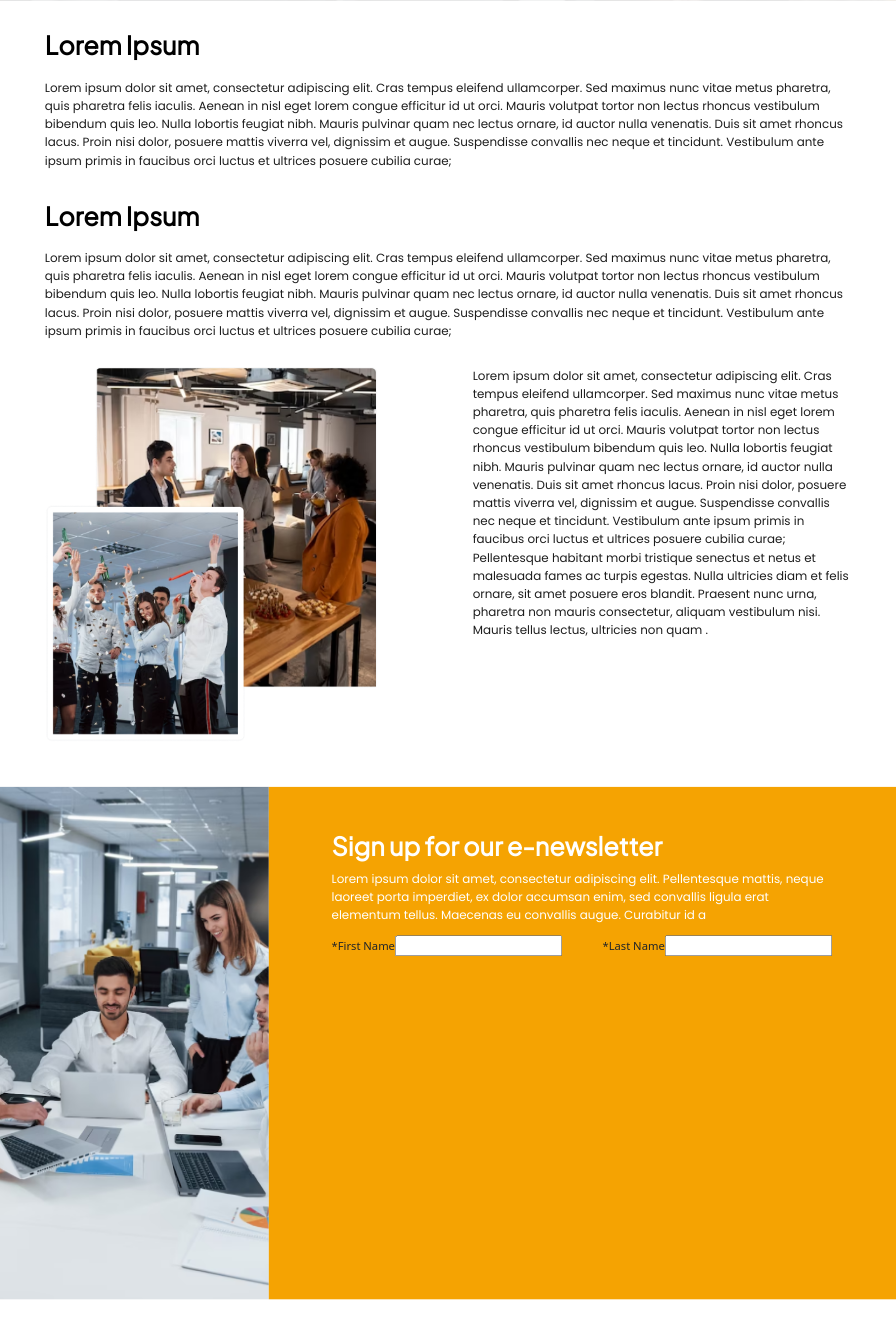
Repository: Akash8377/Hospitality-website
Page: /about-us
An editor plug-in stored every save of this project. The page is shown before and after a run of saves, followed by the edit.
The browser window is 1280 px wide. The pictures show the part of the page from y = 683 to 2603 px (the page is 2603 px tall), at 70% of full size.
Some web libraries are served in a nearby version. The project was rebuilt for these pictures with package versions that can differ from the ones it lists, and the page was loaded fresh each time. Also part of the build but not shown: src/Component/Partial/heading-cont.js, src/Component/Shared/about-us.js, src/Component/Shared/Banner.js, src/Component/Shared/popular-jobs.js, src/Component/Sliders/ServiceSlider.js, src/Component/Sliders/ReviewSlider.js, src/Component/Partial/index-banner.js, src/Component/Partial/index-buisness-banner.js and 2 more.

Above is the page before, as saved 2023-07-07 12:09:12.

### public/index.html
<!-- @format -->

<!DOCTYPE html>
<html lang="en">
  <head>
    <meta charset="utf-8" />
    <link rel="icon" href="%PUBLIC_URL%/favicon.ico" />
    <meta name="viewport" content="width=device-width, initial-scale=1" />
    <meta name="theme-color" content="#000000" />
    <meta
      name="description"
      content="Web site created using create-react-app"
    />
    <link rel="apple-touch-icon" href="%PUBLIC_URL%/logo192.png" />
    <link rel="manifest" href="%PUBLIC_URL%/manifest.json" />

    <link rel="preconnect" href="https://fonts.googleapis.com" />
    <link rel="preconnect" href="https://fonts.gstatic.com" crossorigin />
    <link href="https://fonts.googleapis.com/css2?family=Plus+Jakarta+Sans&family=Poppins&display=swap" rel="stylesheet">
    <title>React App</title>
  </head>
  <body>
    <noscript>You need to enable JavaScript to run this app.</noscript>
    <div id="root"></div>
  </body>
  <script src="https://kit.fontawesome.com/b533b351e4.js" crossorigin="anonymous"></script>
</html>

### src/index.css
/** @format */

body {
  margin: 0;
  padding: 0;
  font-family: -apple-system, BlinkMacSystemFont, "Segoe UI", "Roboto", "Oxygen",
    "Ubuntu", "Cantarell", "Fira Sans", "Droid Sans", "Helvetica Neue",
    sans-serif;
  -webkit-font-smoothing: antialiased;
  -moz-osx-font-smoothing: grayscale;
}

code {
  font-family: source-code-pro, Menlo, Monaco, Consolas, "Courier New",
    monospace;
}

### src/App.js
import React from 'react'
import {  BrowserRouter  , Route , Routes } from 'react-router-dom'
import HomePage from './Pages/HomePage'



// Css
import './Css/Navbar.css'
import './Css/Lap.css'
import AboutUs from './Pages/AboutUs'
const App = () => {
  return (
    <>
      <BrowserRouter>
        <Routes>
            <Route path='/' element={<HomePage />} />
            <Route path='/about-us' element={<AboutUs />} />
        </Routes>
      </BrowserRouter>
    </>
  )
}

export default App

### src/Css/Navbar.css
/** @format */

.Navbar {
  display: flex;
  justify-content: space-evenly;
  box-shadow: 0px 10px 30px 0px rgba(0, 0, 0, 0.25);
  background-color: #033c59;
  padding: 20px;
  align-items: center;
}
.Navbar .main {
  width: 15%;
  text-align: center;
}
.Navbar .main a {
  text-decoration: none;
  color: #fff;
  font-size: 20px;
  font-family: Plus Jakarta Sans;
  font-style: normal;
  font-weight: 400;
  line-height: 24px;
  letter-spacing: 1px;
  margin: 0;
}

.Navbar .main img {
  display: block;
  margin: auto;
  max-width: 100%;
}
.Navbar .main div {
  border-radius: 24px;
  border: 1px solid #f3f4f6;
  background: #eee;
  padding: 8px;
  display: flex;
  justify-content: space-between;
  padding-left: 10px;
  padding-right: 10px;
}
.Navbar .main div input {
  border: none;
  background-color: transparent;
  outline: none;
  color: #6b7280;
  font-size: 14px;
  font-family: Plus Jakarta Sans;
  font-style: normal;
  font-weight: 400;
  line-height: normal;
  width: 80%;
}
.Navbar .main button {
  border-radius: 8px;
  background: #f5a302;
  width: 120px;
  padding: 10px;
  color: #fff;
  text-align: center;
  font-size: 16px;
  font-family: Plus Jakarta Sans;
  font-style: normal;
  font-weight: 800;
  line-height: normal;
  outline: none;
  border: 1px solid #f5a302;
}

.Navbar .main a:focus{
    font-weight: 700;
}

### src/Css/Lap.css
/** @format */

/* Home Page Banner */
.Banner {
  min-height: 600px;
  max-height: 800px;
  width: 100%;
  background-image: url("../../public/Image/1.png");
  background-size: cover;
  background-repeat: no-repeat;
  position: relative;
}
.Banner h2 {
  color: #fff;
  text-align: center;
  font-size: 60px;
  font-family: Plus Jakarta Sans;
  font-style: normal;
  font-weight: 700;
  line-height: 90px;
}
.Banner p {
  color: rgba(255, 255, 255, 0.7);
  text-align: center;
  font-size: 17px;
  font-family: Plus Jakarta Sans;
  font-style: normal;
  font-weight: 400;
  line-height: 28px;
}

.Banner .two_button {
  display: flex;
  justify-content: center;
  gap: 20px;
}
.Banner .two_button button {
  border-radius: 10px;
  background: #033c59;
  border: 1px solid #033c59;
  box-shadow: 0px 0px 3px 0px rgba(60, 72, 88, 0.15);
  width: 457px;
  color: #fff;
  height: 92px;
  color: #fff;
  font-size: 28px;
  font-family: Plus Jakarta Sans;
  font-style: normal;
  font-weight: 700;
  line-height: normal;
  display: flex;
  justify-content: center;
  align-items: center;
  gap: 20px;
}

.Banner .Bottom_Button {
  border-radius: 10px;
  background: #f5a302;
  box-shadow: 0px 0px 3px 0px rgba(60, 72, 88, 0.15);
  color: #fff;
  text-align: center;
  font-size: 28px;
  font-family: Plus Jakarta Sans;
  font-style: normal;
  font-weight: 700;
  border: 1px solid #f5a302;
  height: 92px;
  width: 666px;
  display: flex;
  justify-content: center;
  align-items: center;
  gap: 20px;
  margin: auto;
  margin-top: 20px;
}

.Banner .content {
  position: absolute;
  top: 50%;
  left: 50%;
  transform: translate(-50%, -50%);
}

/* -------------------------- */

/* Home Page About us Section */
.Three_Div {
  display: flex;
  justify-content: space-evenly;
  gap: 20px;
  flex-wrap: wrap;
  margin-top: 2%;
  padding: 20px;
}
.Three_Div .Item {
  width: 357.126px;
}
.Three_Div .Item .upper {
  width: 100%;
  height: 381.393px;
  position: relative;
  background-image: url("../../public/Image/2.png");
}
.Three_Div .Item .upper .head {
  color: #fff;
  text-align: center;
  font-size: 36px;
  font-family: Plus Jakarta Sans;
  font-style: normal;
  font-weight: 600;
  max-width: 100%;
  width: 100%;
  margin: auto;
  position: absolute;
  bottom: 30px;
  left: 50%;
  transform: translate(-50%);
}
.Three_Div .Item .desc {
  color: #1d1d1d;
  text-align: center;
  font-size: 14px;
  font-family: Poppins;
  font-style: normal;
  font-weight: 400;
  line-height: normal;
  margin-top: 20px;
}
.Three_Div .Item button {
  border-radius: 6px;
  border: 1px solid #f5a302;
  background: #fef6e6;
  padding: 5px 21.02px 5px 21px;
  display: block;
  margin: auto;
  color: #f5a302;
  text-align: center;
  font-size: 15px;
  font-family: Plus Jakarta Sans;
  font-style: normal;
  font-weight: 600;
  line-height: 28px;
  letter-spacing: 0.375px;
}

/* Home Page Heading Container*/
.Center_Heading {
  margin-top: 5%;
}
.Center_Heading h5 {
  color: #161c2d;
  text-align: center;
  font-size: 36px;
  font-family: Plus Jakarta Sans;
  font-style: normal;
  font-weight: 600;
  line-height: 39px;
}
.Center_Heading .desc {
  color: #1d1d1d;
  text-align: center;
  font-size: 14px;
  font-family: Poppins;
  font-style: normal;
  font-weight: 400;
  line-height: normal;
  max-width: 600px;
  margin: auto;
}

/* Home Page Popular Jobs */
.Popular_Jobs {
  padding: 20px;
}
.Popular_Jobs table {
  table-layout: fixed;
  width: 90%;
  margin: auto;
  text-align: center;
}
.Popular_Jobs table tbody td .flex-cont {
  display: flex;
  gap: 5px;
  justify-content: center;
  align-items: center;
}

.Popular_Jobs table tbody tr {
  margin-top: 30px 0 !important;
  border-radius: 4px;
  background: rgba(255, 255, 255, 0);
  box-shadow: 0px 0px 3px 0px rgba(60, 72, 88, 0.15);
  border: 1px solid rgba(255, 255, 255, 0);
}
.Popular_Jobs table tbody tr td {
  padding: 10px;
}
.Popular_Jobs table tbody td .flex-cont p {
  color: #161c2d;
  font-size: 17px;
  font-family: Plus Jakarta Sans;
  font-style: normal;
  font-weight: 600;
  line-height: 28px;
  margin: 0;
}
.Popular_Jobs table tbody td .flex-cont button {
  border-radius: 6px;
  border: 1px solid #005479;
  background: #005479;
  color: #fff;
  text-align: center;
  font-size: 15px;
  font-family: Plus Jakarta Sans;
  font-style: normal;
  font-weight: 600;
  line-height: 28px;
  letter-spacing: 0.375px;
}
.Popular_Jobs table tbody td .flex-cont i {
  color: #005479;
  width: 40px;
  height: 40px;
  border: 1px solid #005479;
  text-align: center;
  border-radius: 100%;
  background-color: rgba(3, 0, 129, 0.05);
  padding: 10px;
}
.Popular_Jobs table tbody td .flex-vertical-cont {
  display: flex;
  flex-direction: column;
}
.Popular_Jobs table tbody td .flex-vertical-cont p {
  margin: 0;
  color: #161c2d;
  font-size: 15px;
  font-family: Plus Jakarta Sans;
  font-style: normal;
  font-weight: 700;
  line-height: 28px;
}
.Popular_Jobs table tbody td .flex-vertical-cont select {
  border-radius: 6px;
  border: 1px solid #777;
  background: #eee;
  width: 164px;
  margin: auto;
  outline: none;
  color: #777;
  font-size: 14px;
  font-family: Plus Jakarta Sans;
  font-style: normal;
  font-weight: 400;
  line-height: 20px;
}
.Popular_Jobs table tbody td .flex-vertical-cont div {
  display: flex;
  gap: 5px;
  align-items: center;
  justify-content: center;
}
.Popular_Jobs table tbody td .flex-vertical-cont div p {
  color: #94a3b8;
  font-size: 15px;
  font-family: Plus Jakarta Sans;
  font-style: normal;
  font-weight: 400;
  line-height: 28px;
}
.Popular_Jobs table tbody td .flex-vertical-cont div i {
  color: #94a3b8;
}

/* Home Page Service Slider */
.Service_Slider_Container {
  position: relative;
  margin-top: 20px;
}
.Service_Slider_Container .Service_Slider .Main {
  width: 421px !important;
  height: 506px !important;
  position: relative;
  display: block !important;
  margin: auto;
}
.Service_Slider_Container .Service_Slider .Main img {
  position: absolute;
  top: 0;
  bottom: 0;
  left: 0;
  right: 0;
  z-index: -1;
}
.Service_Slider_Container .slick-arrow {
  display: none !important;
}

.Service_Slider_Container .Service_Slider .Main .head {
  color: #fff;
  text-align: center;
  font-size: 36px;
  font-family: Plus Jakarta Sans;
  font-style: normal;
  font-weight: 600;
  line-height: 28px;
  position: absolute;
  top: 50%;
  left: 50%;
  transform: translate(-50%, -50%);
  width: 100%;
}
.Service_Slider_Container .Service_Slider .Main button {
  display: flex;
  gap: 10px;
  align-items: center;
  border-radius: 6px;
  border: 1px solid #fff;
  background: #fff;
  width: 148.49px;
  height: 37.865px;
  color: #000;
  text-align: center;
  font-size: 15px;
  font-family: Plus Jakarta Sans;
  font-style: normal;
  font-weight: 600;
  line-height: 28px;
  letter-spacing: 0.375px;
  position: absolute;
  top: 70%;
  left: 50%;
  transform: translate(-50%, -50%);
  text-align: center;
  justify-content: center;
}

/* Home Page Review Slider */
.Review_Slider_Container {
  position: relative;
  margin-top: 30px;
  margin-bottom: 20px;
}
.Review_Slider_Container .Review_Slider .Main {
  width: 357px !important;
  height: 466px !important;
  position: relative;
  display: block !important;
  margin: auto;
  background: #fff;
  box-shadow: 0px 20px 40px 10px rgba(159, 159, 159, 0.15),
    0px -10px 50px 0px rgba(0, 0, 0, 0.1);
  padding: 20px;
}

.Review_Slider_Container .slick-arrow {
  display: none !important;
}
.Review_Slider_Container .Review_Slider .Main .User_Profile {
  display: flex;
  justify-content: space-between;
  max-width: 90%;
  gap: 10px;
  align-items: center;
}

.Review_Slider_Container .Review_Slider .Main .User_Profile img {
  width: 73px;
  height: 73px;
  border-radius: 100%;
}
.Review_Slider_Container .Review_Slider .Main .User_Profile p {
  margin: 0;
}

.Review_Slider_Container .Review_Slider .Main .User_Profile div .head {
  color: #000;
  font-size: 22px;
  font-family: Plus Jakarta Sans;
  font-style: normal;
  font-weight: 700;
  line-height: 39px;
}
.Review_Slider_Container .Review_Slider .Main .User_Profile div .desc {
  color: #9c9c9c;
  font-size: 15px;
  font-family: Plus Jakarta Sans;
  font-style: normal;
  font-weight: 700;
  line-height: 39px;
}

.Review_Slider_Container .Review_Slider .Main .Reviews {
  display: flex;
  align-items: center;
  justify-content: space-between;
  margin-top: 10px;
}
.Review_Slider_Container .Review_Slider .Main .Reviews div {
  display: flex;
  gap: 5px;
}
.Review_Slider_Container .Review_Slider .Main .Reviews div i {
  color: #ffc107;
  font-size: 23px;
}

.Review_Slider_Container .Review_Slider .Main .Reviews p {
  margin: 0;
  color: #9c9c9c;
  font-size: 15px;
  font-family: Plus Jakarta Sans;
  font-style: normal;
  font-weight: 700;
  line-height: 39px;
}
.Review_Slider_Container .Review_Slider .Main .content {
  text-align: left;
  margin-top: 10px;
}
.Review_Slider_Container .Review_Slider .Main .content p {
  color: #000;
  font-size: 17px;
  font-family: Plus Jakarta Sans;
  font-style: normal;
  font-weight: 400;
  line-height: 28px;
}

/* Index Two Sec Banner */
.Index_Banner_Two_Sec {
  display: flex;
  width: 90%;
  margin: auto;
  align-items: stretch;
  margin-top: 2%;
  justify-content: center;
  height: 550px;
  max-width: 1200px;
  margin-bottom: 20px;
}
.Index_Banner_Two_Sec .left {
  width: 30%;
  display: flex;
  justify-content: flex-end;
}
.Index_Banner_Two_Sec .left img {
  width: auto;
  max-height: 100%;
}

.Index_Banner_Two_Sec .right {
  width: 70%;
  background-color: #f5a302;
  position: relative;
}
.Index_Banner_Two_Sec .right .content {
  position: absolute;
  top: 50%;
  left: 50%;
  transform: translate(-50%, -50%);
  width: 90%;
  margin: auto;
}
.Index_Banner_Two_Sec .right .content h5 {
  color: #fff;
  font-family: Plus Jakarta Sans;
  font-size: 36px;
  font-style: normal;
  font-weight: 600;
  line-height: 54px;
}
.Index_Banner_Two_Sec .right .content p {
  color: #fff;
  font-family: Plus Jakarta Sans;
  font-size: 17px;
  font-style: normal;
  line-height: 28px;
}
.Index_Banner_Two_Sec .right .content ul {
  list-style: none;
  padding-left: 0;
}
.Index_Banner_Two_Sec .right .content ul li {
  display: flex;
  gap: 10px;
  align-items: center;
}
.Index_Banner_Two_Sec .right .content ul li span {
  color: #fff;
  font-family: Plus Jakarta Sans;
  font-size: 15px;
  font-style: normal;
  font-weight: 400;
  line-height: 28px;
}

/* Index Buisness Banner */
.Index_Buisness_Banner {
  display: flex;
  justify-content: space-evenly;
  width: 90%;
  margin: auto;
  margin-top: 5%;
}
.Index_Buisness_Banner .left {
  width: 50%;
  padding: 20px;
}
.Index_Buisness_Banner .left h5 {
  color: #161c2d;
  font-family: Plus Jakarta Sans;
  font-size: 36px;
  font-style: normal;
  font-weight: 600;
  line-height: 39px;
}
.Index_Buisness_Banner .left p {
  color: #1d1d1d;
  font-family: Poppins;
  font-size: 14px;
  font-style: normal;
  font-weight: 400;
  line-height: normal;
  max-width: 60%;
}
.Index_Buisness_Banner .left .Two_Sec {
  display: flex;
  justify-content: space-between;
  flex-wrap: wrap;
}

.Index_Buisness_Banner .left .Two_Sec .Main {
  width: 49%;
  border-radius: 4px;
  background: #f8fafc;
  box-shadow: 0px 0px 3px 0px rgba(60, 72, 88, 0.15);
  padding: 20px;
  display: flex;
  align-items: flex-start;
  gap: 10px;
  margin-top: 20px;
}
.Index_Buisness_Banner .left .Two_Sec .Main div {
  display: flex;
  flex-direction: column;
  width: 60%;
}
.Index_Buisness_Banner .left .Two_Sec .Main div h6 {
  color: #161c2d;
  font-family: Plus Jakarta Sans;
  font-size: 16px;
  font-style: normal;
  font-weight: 600;
  line-height: 28px;
}

.Index_Buisness_Banner .left .Two_Sec .Main div p {
  color: #005479;
  font-family: Plus Jakarta Sans;
  font-size: 14px;
  font-style: normal;
  font-weight: 400;
  line-height: 20px;
  width: 100%;
}
.Index_Buisness_Banner .left .Last_Text {
  display: flex;
  gap: 10px;
  color: #94a3b8;
  text-align: center;
  font-family: Plus Jakarta Sans;
  font-size: 15px;
  font-style: normal;
  font-weight: 600;
  line-height: 28px;
  letter-spacing: 0.375px;
  align-items: center;

  margin: 0;
  margin-top: 10px;
}
.Index_Buisness_Banner .right {
  width: 30%;
}
.Index_Buisness_Banner .right img {
  max-width: 100%;
  display: block;
  margin: auto;
}

/* Footer  */
.Footer {
  background: #f5a302;
  margin-top: 5%;
  padding-bottom: 50px;
}
.Footer .Upper_Div {
  display: flex;
  width: 90%;
  margin: auto;
  justify-content: space-between;
  padding-top: 2%;
  align-items: center;
}
.Footer .Upper_Div div {
  width: 15%;
}
.Footer .Upper_Div div p {
  margin: 0;
  color: #fff;
  font-family: Plus Jakarta Sans;
  font-size: 20px;
  font-style: normal;
  font-weight: 800;
  line-height: normal;
}
.Footer .Upper_Div div button {
  color: #fff;
  text-align: center;
  font-family: Plus Jakarta Sans;
  font-size: 16px;
  font-style: normal;
  font-weight: 800;
  border-radius: 8px;
  background: #005479;
  border: 1px solid #005479;
  width: 100%;
  padding: 10px;
  line-height: normal;
}

.Footer .Down_Div {
  display: flex;
  justify-content: space-between;
  width: 90%;
  margin: auto;
  margin-top: 40px;
}

.Footer .Down_Div .left h5 {
  color: #fff;
  font-family: Plus Jakarta Sans;
  font-size: 26px;
  font-style: normal;
  font-weight: 700;
  line-height: 39px;
}
.Footer .Down_Div .left .two_sec {
  display: flex;
  align-items: center;
  gap: 10px;
  margin-top: 30px;
}
.Footer .Down_Div .left .two_sec p {
  margin: 0;
  color: #fff;
  font-family: Plus Jakarta Sans;
  font-size: 17px;
  font-style: normal;
  font-weight: 500;
  line-height: normal;
}
.Footer .Down_Div .left .two_sec i {
  color: #fff;
  font-size: 20px;
}

.Footer .Down_Div .left .copyRight {
  color: #fff;
  font-family: Plus Jakarta Sans;
  font-size: 20px;
  margin-top: 40px;
  font-style: normal;
  font-weight: 500;
  line-height: normal;
}

/* About Us Page */
.AboutUs {
  min-height: 600px;
  max-height: 800px;
  width: 100%;
  background-image: url("../../public/Image/11.png");
  background-size: cover;
  background-repeat: no-repeat;
  position: relative;
}
.AboutUs h2 {
  color: #fff;
  text-align: center;
  font-size: 36px;
  font-family: Plus Jakarta Sans;
  font-style: normal;
  font-weight: 700;
  line-height: 90px;
}
.AboutUs p {
  color: rgba(255, 255, 255, 0.7);
  text-align: center;
  font-size: 14px;
  font-family: Plus Jakarta Sans;
  font-style: normal;
  font-weight: 400;
  line-height: 28px;
}

.AboutUs .content {
  position: absolute;
  top: 60%;
  left: 50%;
  transform: translate(-50%, -50%);
}

.About_Us-Content {
  width: 90%;
  margin: auto;
  margin-top: 3%;
}
.About_Us-Content h5 {
  color: #000;
  font-family: Plus Jakarta Sans;
  font-size: 36px;
  font-style: normal;
  font-weight: 600;
  line-height: 54px;
}
.About_Us-Content p {
  color: #1d1d1d;
  font-family: Poppins;
  font-size: 17px;
  font-style: normal;
  font-weight: 400;
  line-height: normal;
  margin-top: 20px;
}

.About_Us-two_Sec {
  display: flex;
  width: 90%;
  margin: auto;
  justify-content: space-between;
  margin-top: 3%;
}
.About_Us-two_Sec .right {
  width: 70%;
  text-align: left;
  display: flex;
  justify-content: flex-end;
}
.About_Us-two_Sec .right p {
  max-width: 80%;
  color: #1d1d1d;
  font-family: Poppins;
  font-size: 17px;
  font-style: normal;
  font-weight: 400;
  line-height: normal;
}

.About-Us_Newsletter {
  display: flex;
  align-items: stretch;
  max-height: 900px;
  margin-top: 5%;
  margin-bottom: 5%;
}
.About-Us_Newsletter .left {
  width: 30%;
}
.About-Us_Newsletter .left img {
  height: 100%;
  width: 100%;
}

.About-Us_Newsletter .right {
  background: #f5a302;
  width: 70%;
  padding-top: 5%;
}
.About-Us_Newsletter .right .content {
  width: 80%;
  margin: auto;
}
.About-Us_Newsletter .right .content h5 {
  color: #fff;
  font-family: Plus Jakarta Sans;
  font-size: 36px;
  font-style: normal;
  font-weight: 700;
  line-height: 39px;
}
.About-Us_Newsletter .right .content p {
  color: #fff;
  font-family: Poppins;
  font-size: 17px;
  font-style: normal;
  font-weight: 400;
  line-height: normal;
  margin-top: 2%;
}
.About-Us_Newsletter .right .content form{
  margin-top: 2%;
}
.About-Us_Newsletter .right .content form .Two_Inputs {
  display: flex;
  gap: 20px;
  justify-content: space-between;
  align-items: center;
}
.About-Us_Newsletter .right .content form .Two_Inputs div{
  width: 46%;
}

### src/Pages/AboutUs.js
/** @format */

import React from "react";
import Navbar from "../Component/Navbar/Navbar";
import Banner from "../Component/Partial/About Us Component/Banner";
import ContentDescription from "../Component/Partial/About Us Component/content-description";
import Newsletter from "../Component/Partial/About Us Component/Newsletter";
import TwoSection from "../Component/Partial/About Us Component/two-section";

const AboutUs = () => {
  return (
    <>
      <Navbar />
      <Banner />
      <ContentDescription />
      <ContentDescription />
      <TwoSection />
      <Newsletter />
    </>
  );
};

export default AboutUs;

### src/Component/Navbar/Navbar.js
/** @format */

import React from "react";
import { Link } from "react-router-dom";

const Navbar = () => {
  return (
    <div className="Navbar">
      <div className="main">
        <img src="./Image/logo.png" alt="Logo" />
      </div>
      <div className="main">
        <Link to="/">
          Home
        </Link>
      </div>
      <div className="main">
        <Link to="/">
          About Us
        </Link>
      </div>
      <div className="main">
        <Link to="/">
          Event Booking
        </Link>
      </div>
      <div className="main">
        <Link to="/">
        Contact Us
        </Link>
      </div>
      <div className="main">
       <div>
       <input type={"search"} placeholder="Search..." />
        <i className="fa-solid fa-magnifying-glass"></i>
       </div>
      </div>
      <div className="main">
        <button>SIGN IN</button>
      </div>
    </div>
  );
};

export default Navbar;

### src/Component/Partial/About Us Component/content-description.js
import React from 'react'

const ContentDescription = () => {
  return (
    <div className='About_Us-Content'>
        <h5>Lorem Ipsum</h5>
        <p>Lorem ipsum dolor sit amet, consectetur adipiscing elit. Cras tempus eleifend ullamcorper. Sed maximus nunc vitae metus pharetra, quis pharetra felis iaculis. Aenean in nisl eget lorem congue efficitur id ut orci. Mauris volutpat tortor non lectus rhoncus vestibulum bibendum quis leo. Nulla lobortis feugiat nibh. Mauris pulvinar quam nec lectus ornare, id auctor nulla venenatis. Duis sit amet rhoncus lacus. Proin nisi dolor, posuere mattis viverra vel, dignissim et augue. Suspendisse convallis nec neque et tincidunt. Vestibulum ante ipsum primis in faucibus orci luctus et ultrices posuere cubilia curae; </p>
    </div>
  )
}

export default ContentDescription

Loaded but not shown: src/index.js (common file); src/Component/Partial/About Us Component/two-section.js (33 lines, source omitted); src/Component/Partial/About Us Component/Banner.js (18 lines, source omitted); src/Component/Partial/About Us Component/Newsletter.js (39 lines, source omitted)

After the next 2 saves:
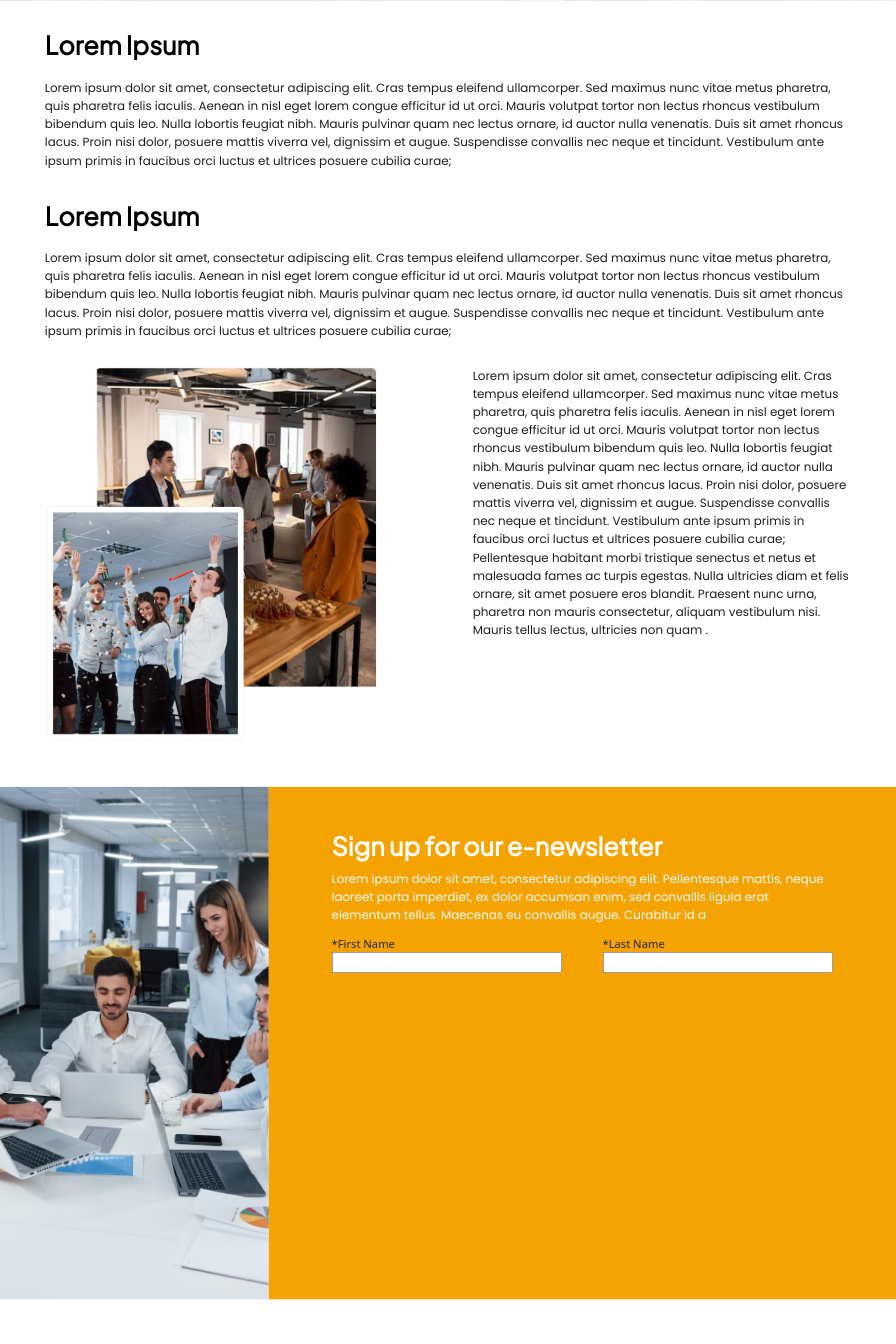
The 2 saves are shown as one change because they came seconds apart.
The last was saved 11 s later.
--- a/src/Css/Lap.css
+++ b/src/Css/Lap.css
@@ -811,4 +811,6 @@
 }
 .About-Us_Newsletter .right .content form .Two_Inputs div{
   width: 46%;
-}
+  display: flex;
+  flex-direction: column;
+}
